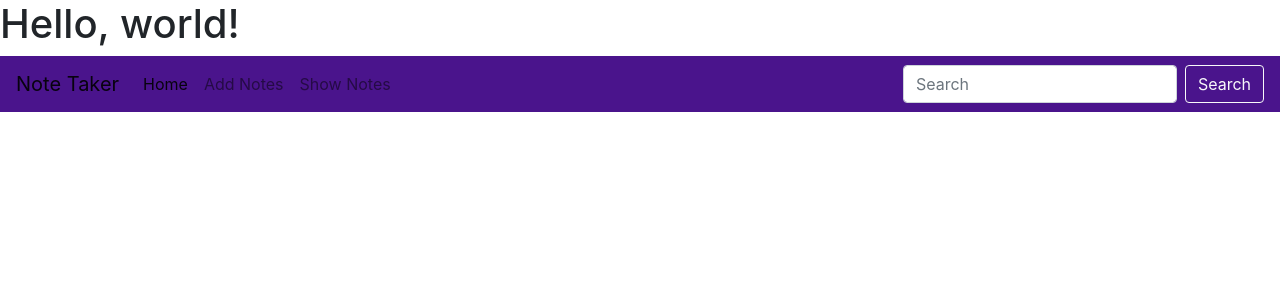
Repository: nayanchy123456/TODO-Project
Page: http://localhost/NoteTaker/
These files come from the project's save history. The page is drawn as it stood at one moment and after the next save; the edit follows.
The browser window is 1280 px wide. The pictures show the whole page.
Some web libraries are served in a nearby version. The page is served by Tomcat 10. Other server files are loaded and not shown.

Above is the page before, as saved 2024-09-03 10:44:00.

### TODO webApplication/NoteTaker/src/main/webapp/index.jsp
<!doctype html>
<html lang="en">
  <head>
    <!-- Required meta tags -->
    <meta charset="utf-8">
    <meta name="viewport" content="width=device-width, initial-scale=1, shrink-to-fit=no">


    <title>Note Taker: Home page</title>
    <%@include file = "all_js_css.jsp" %>
  </head>
  <body>
    <h1>Hello, world!</h1>

    <div class = "container-fluid p-0 m-0">
    	<%@include file = "navbar.jsp" %>
    </div>






  </body>
</html>

### TODO webApplication/NoteTaker/src/main/webapp/all_js_css.jsp
<!-- Bootstrap CSS -->
    <link rel="stylesheet" href="https://cdn.jsdelivr.net/npm/bootstrap@4.0.0/dist/css/bootstrap.min.css" integrity="sha384-Gn5384xqQ1aoWXA+058RXPxPg6fy4IWvTNh0E263XmFcJlSAwiGgFAW/dAiS6JXm" crossorigin="anonymous">

	<link href="css/style.css" rel="stylesheet">



    <!-- Optional JavaScript -->
    <!-- jQuery first, then Popper.js, then Bootstrap JS -->
    <script src="https://code.jquery.com/jquery-3.2.1.slim.min.js" integrity="sha384-KJ3o2DKtIkvYIK3UENzmM7KCkRr/rE9/Qpg6aAZGJwFDMVNA/GpGFF93hXpG5KkN" crossorigin="anonymous"></script>
    <script src="https://cdn.jsdelivr.net/npm/popper.js@1.12.9/dist/umd/popper.min.js" integrity="sha384-ApNbgh9B+Y1QKtv3Rn7W3mgPxhU9K/ScQsAP7hUibX39j7fakFPskvXusvfa0b4Q" crossorigin="anonymous"></script>
    <script src="https://cdn.jsdelivr.net/npm/bootstrap@4.0.0/dist/js/bootstrap.min.js" integrity="sha384-JZR6Spejh4U02d8jOt6vLEHfe/JQGiRRSQQxSfFWpi1MquVdAyjUar5+76PVCmYl" crossorigin="anonymous"></script>

### TODO webApplication/NoteTaker/src/main/webapp/navbar.jsp
<nav class="navbar navbar-expand-lg navbar-light purple">
  <a class="navbar-brand" href="index.jsp">Note Taker</a>
  <button class="navbar-toggler" type="button" data-toggle="collapse" data-target="#navbarSupportedContent" aria-controls="navbarSupportedContent" aria-expanded="false" aria-label="Toggle navigation">
    <span class="navbar-toggler-icon"></span>
  </button>

  <div class="collapse navbar-collapse" id="navbarSupportedContent">
    <ul class="navbar-nav mr-auto">
      <li class="nav-item active">
        <a class="nav-link" href="index.jsp">Home <span class="sr-only">(current)</span></a>
      </li>
      <li class="nav-item">
        <a class="nav-link" href="add_notes.jsp">Add Notes</a>
      </li>

      <li class="nav-item">
        <a class="nav-link " href="#">Show Notes</a>
      </li>
    </ul>
    <form class="form-inline my-2 my-lg-0">
      <input class="form-control mr-sm-2" type="search" placeholder="Search" aria-label="Search">
      <button class="btn btn-outline-light my-2 my-sm-0" type="submit">Search</button>
    </form>
  </div>
</nav>

### TODO webApplication/NoteTaker/src/main/webapp/css/style.css
.purple{

	background: #4A148C;
}

After the next save:
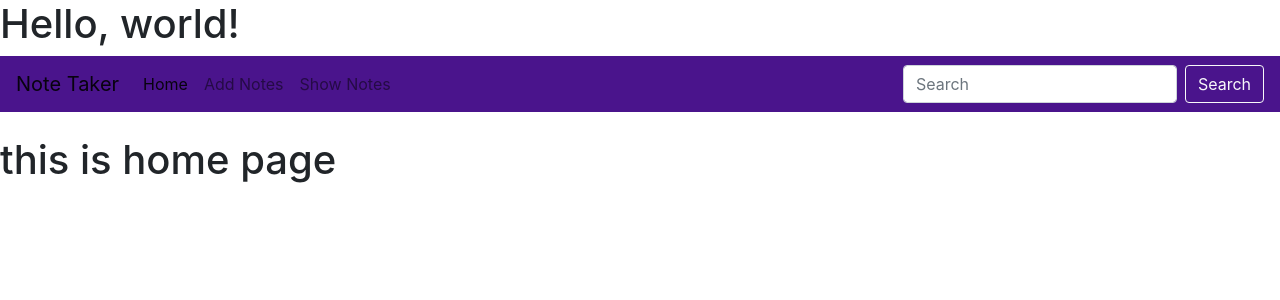
Saved 19 s later.
--- a/TODO webApplication/NoteTaker/src/main/webapp/index.jsp
+++ b/TODO webApplication/NoteTaker/src/main/webapp/index.jsp
@@ -16,7 +16,8 @@
     	<%@include file = "navbar.jsp" %>
     </div>
 
-
+    <br>
+    	<h1>this is  home page</h1>
 
 
 
